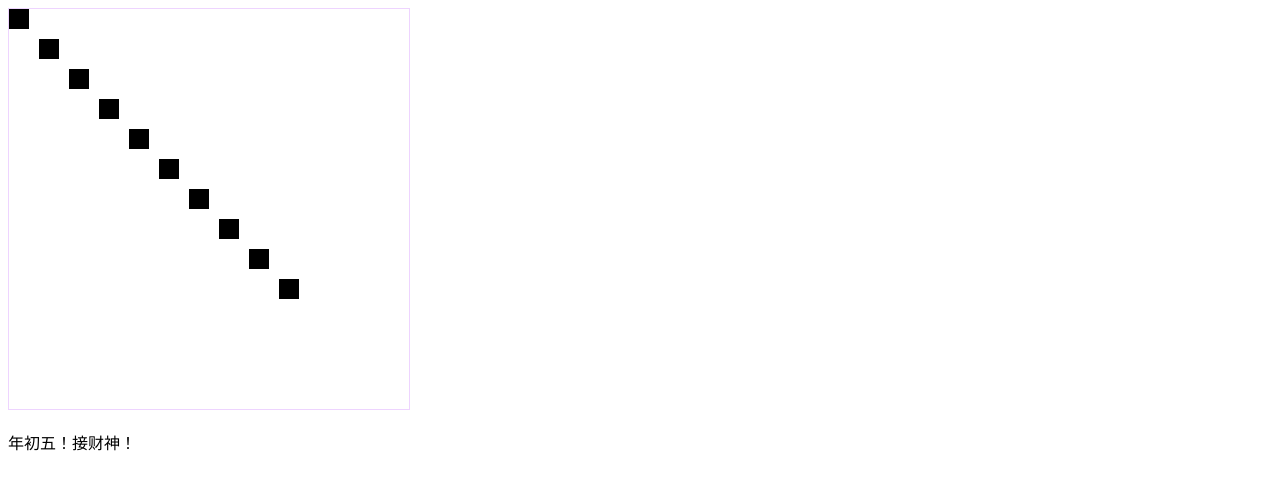
Repository: HyunraDate/ZhongpingShen
Page: index.html
An editor plug-in stored every save of this project. The page is shown before and after the next save, followed by the edit.
The browser window is 1280 px wide. The pictures show the whole page.

Above is the page before, as saved 2024-02-14 14:03:36.

### index.html
<!DOCTYPE html>
<html lang="en">

<head>
    <meta charset="UTF-8">
    <meta hettp-equiv="X-UA-Compatible" content="IE=edge">
    <meta name="viewpoint" content="width=device-width, initial-scale=1.0">
    <title>Document</title>
    <style>
        /* 不可以在css中设置canvas大小！ */
        /* If set here, css会强行拉伸画布 */
        canvas {
            border: 1px solid #eed4ff;
        }
    </style>
</head>

<body>
    <div></div>
    <canvas id="canvas"></canvas>
    <p>年初五！接财神！</p>

    <script>
        let canvas = document.getElementById('canvas')
        //console.log(canvas)
        let ctx = canvas.getContext('2d') //WebGL是挂在canvas上面的！
        //详见mdm canvas api

        canvas.width = 400
        canvas.height = 400
        //* if u wanna fullview screen
        //canvas.width = window.innerWidth


        //ctx.fillRect(0, 0, 100, 100) //坐标&边长 x, y, w, h. this is normal 2D API

        let x = 0
        let y = 0
        let d = 20
        function draw(){
            ctx.fillRect(x, y, d, d)
        }

        // for(let i = 0; i < 10; i++){
        //     //this a concept of making animation!
        //     draw()
        //     x +=30
        //     y +=30
        // }

        setInterval(() => {
            draw()
            x +=30
            y +=30
        }, 500) //1000每隔一秒绘制一下
    </script>
</body>
</html>

After the next save:
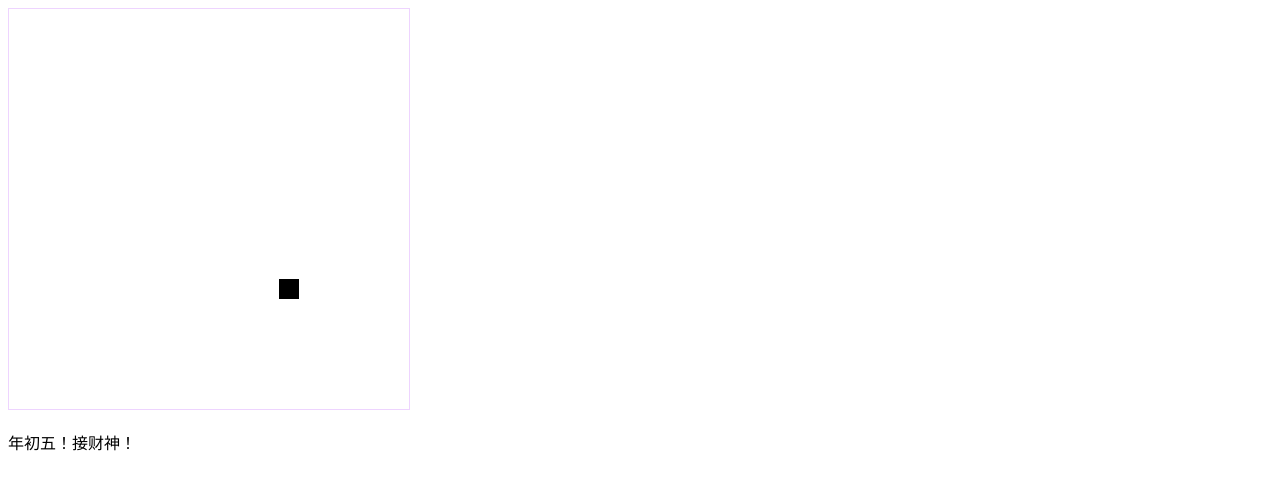
Saved 2 min 18 s later.
--- a/index.html
+++ b/index.html
@@ -38,6 +38,8 @@
         let y = 0
         let d = 20
         function draw(){
+            //每次绘制前记得
+            ctx.clearRect(0, 0, 400, 400)
             ctx.fillRect(x, y, d, d)
         }
 
